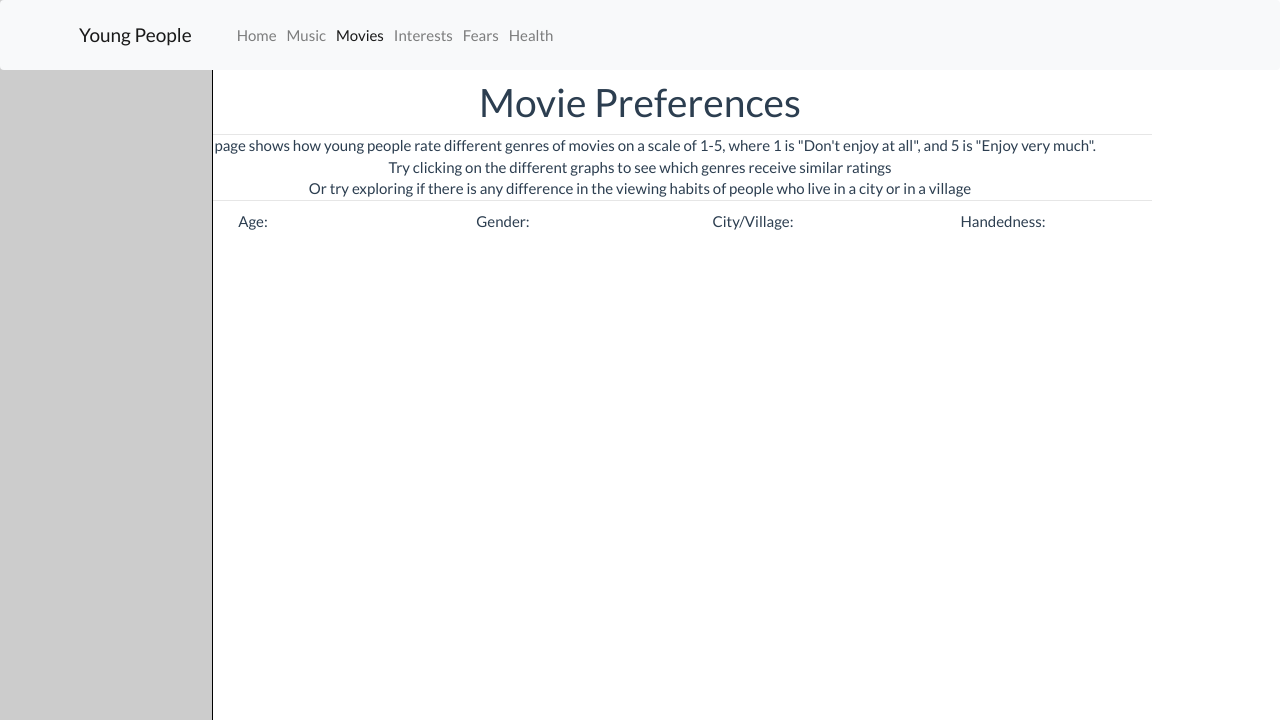
Repository: BrendanMolloy/milestone2
Page: movies.html
The author's editor kept a record of every edit. The page is drawn from the files as they stood at one moment, then again after the next edit.
The browser window is 1280 px wide. The pictures show the whole page.
Some web libraries are served in a nearby version.

Above is the page before.

After the next edit:
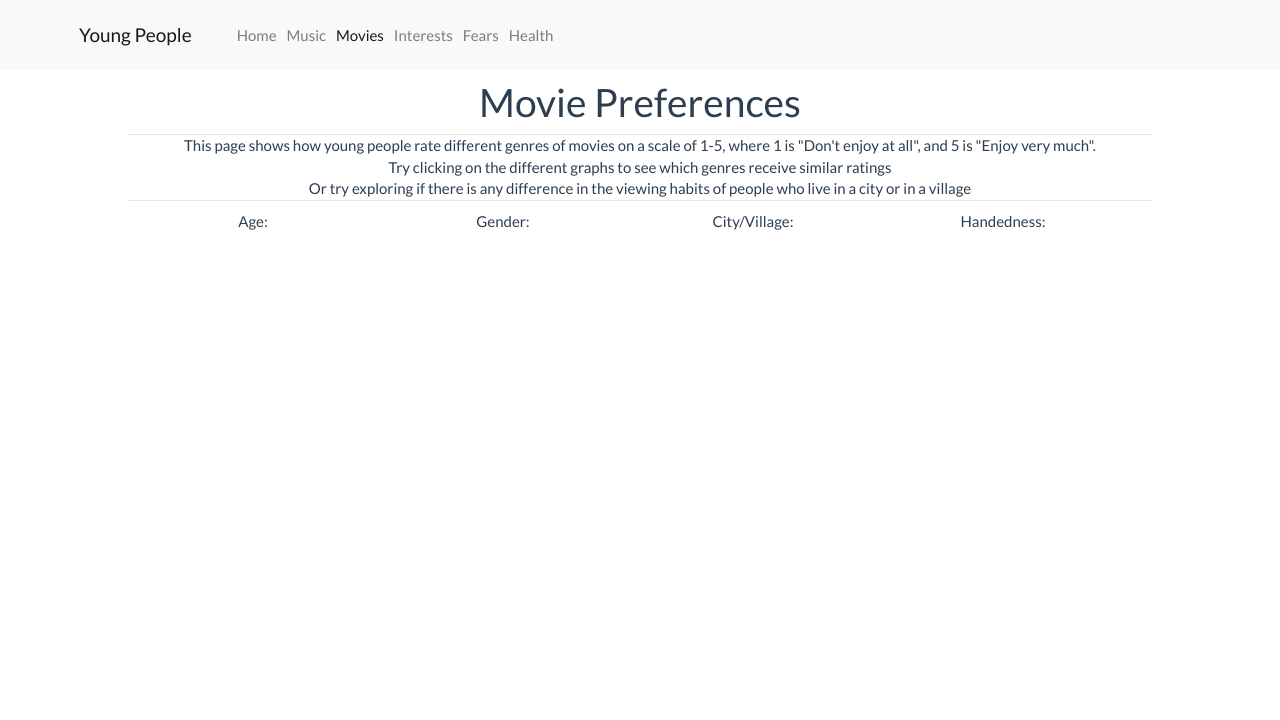
The edit:
--- a/movies.html
+++ b/movies.html
@@ -52,16 +52,7 @@
     </div>
   </nav>
 
-  <!------------------------------- Sidebar ------------------------------------->
-  <!--  filters/demographics -->
-  <div class="sidenav col-lg-2">
-    <div id="age" class="side-graphs"></div>
-    <div id="gender-balance" class="side-graphs"></div>
-    <div id="city-village" class="side-graphs"></div>
-    <div id="handedness" class="side-graphs"></div>
-  </div>
-
-  <!-- movies -->
+  <!-------------------------------- Movies ------------------------------------->
   <section class="section main">
     <h1>Movie Preferences</h1>
     <p>This page shows how young people rate different genres of movies on a scale of 1-5, where 1 is "Don't enjoy at all", and 5 is "Enjoy very much".<br> Try clicking on the different graphs to see which genres receive similar ratings <br> Or try exploring
